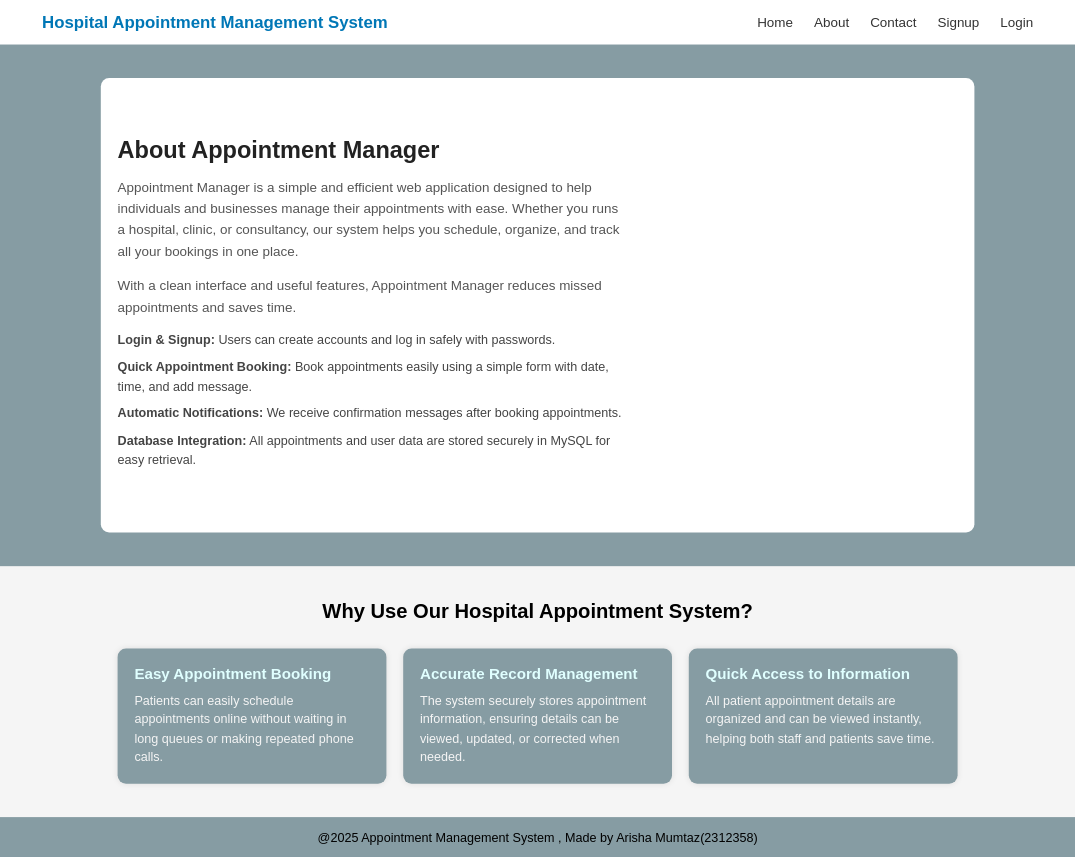
Repository: Arisha004/hospital-management-midterm-
Page: about.html
An editor plug-in stored every save of this project. The page is shown before and after the next save, followed by the edit.
The browser window is 1280 px wide. The pictures show the whole page, at 84% of full size.

Above is the page before, as saved 2025-11-02 21:05:32.

### about.html
<html>
<head>
    <title>Document</title>
    <link rel="stylesheet" href="style.css">
    <style>

.about-cards {
  text-align: center;
  padding: 40px 20px;
  background-color: #f5f5f5;
}

.about-cards h3 {
  font-size: 24px;
  margin-bottom: 30px;
  color: black;
}

.card-container {
  display: flex;
  flex-wrap: wrap;
  justify-content: center;
  gap: 20px;
}

.card {
  background-color: #869CA3;
  width: 280px;
  padding: 20px;
  border-radius: 10px;
  box-shadow: 0 0 8px rgba(0,0,0,0.1);
  text-align: left;
}


.card h4 {
  font-size: 18px;
  margin-bottom: 10px;
  color: lightcyan;
}

.card p {
  font-size: 15px;
  color: whitesmoke;
  line-height: 1.5;
}

      </style>
</head>
<body>
      <header class="navbar">
    <div class="logo">Hospital Appointment Management System</div>
    <nav>
      <ul>
        <li><a href="landingpage.html">Home</a></li>
        <li><a href="about.html">About</a></li>
        <li><a href="contact.html">Contact</a></li>
          <li><a href="signup.php">Signup</a></li>
        <li><a href="login.php">Login</a></li>
      </ul>
    </nav>
  </header>
<div class="container about-inner">

  <div class="about-content">
    <h2>About Appointment Manager</h2>
    <p>
      Appointment Manager is a simple and efficient web application designed to help individuals and businesses
      manage their appointments with ease. Whether you runs a hospital, clinic, or consultancy, our system
      helps you schedule, organize, and track all your bookings in one place.
    </p>
    <p>
      With a clean interface and useful features, Appointment Manager reduces missed appointments and saves time.
    </p>
    <ul class="features">
      <li><strong> Login & Signup:</strong> Users can create accounts and log in safely with  passwords.</li>
<li><strong>Quick Appointment Booking:</strong> Book appointments easily using a simple form with date, time, and add message.</li>
<li><strong>Automatic Notifications:</strong> We receive confirmation messages after booking appointments.</li>
<li><strong>Database Integration:</strong> All appointments and user data are stored securely in MySQL for easy retrieval.</li>

       </ul>
  </div>
  </div>

 <section class="about-cards">
  <h3>Why Use Our Hospital Appointment System?</h3>
  <div class="card-container">

    <div class="card">
      <h4>Easy Appointment Booking</h4>
      <p>Patients can easily schedule appointments online without waiting in long queues or making repeated phone calls.</p>
    </div>

    <div class="card">
      <h4>Accurate Record Management</h4>
      <p>The system securely stores appointment information, ensuring details can be viewed, updated, or corrected when needed.</p>
    </div>

    <div class="card">
      <h4>Quick Access to Information</h4>
      <p>All patient appointment details are organized and can be viewed instantly, helping both staff and patients save time.</p>
    </div>

  </div>
</section>



<footer>
    <p>  @2025 Appointment Management System , Made by Arisha Mumtaz(2312358)</p>
  </footer>
</body>
</html>

### style.css

* {
  margin: 0;
  padding: 0;
  font-family: 'Poppins', sans-serif;
}

body {
  background: #869CA3;
  color: #333;
}

.about {
  background-color: #f9f9f9;
  padding: 80px 0; /*80px top & bottom, 0 left & right */
}

.about-image img {

  width: 450px;
  border-radius: 10px;
}

.about-content {
  margin-top: 20px;
  width: 300px;
}

.about-content h2 {
  font-size: 28px;
  color: #1a73e8;
  margin-bottom: 15px;
}

.about-content p {
  font-size: 16px;
  color: #555;
  line-height: 1.6;
  margin-bottom: 20px;
}

.features {
  list-style: none;
  padding: 0;
  margin-bottom: 25px;
}

.features li {
  margin-bottom: 10px;
  color: #444;
  font-size: 15px;
  line-height: 1.5;
}



/* Contact Section */
.contact {
  background-color: #f5f9ff;
  padding: 80px 0;
}

.contact-inner {
  width: 600px;
  margin-left: 400PX;
  text-align: center;
}

.contact h2 {
  font-size: 28px;
  color: #1a73e8;
  margin-bottom: 10px;
}

.contact p {
  color: #555;
  margin-bottom: 30px;
  font-size: 15px;
  line-height: 1.6;
}

.contact-form {
  background-color: #fff;
  padding: 35px 40px;
  border-radius: 12px;
  text-align: left;
}

.form-group {
  margin-bottom: 18px;
}

label {
  font-weight: 500;
  margin-bottom: 6px;
  color: #333;
}

label span {
  color: red;
}

input, textarea {
  width: 100%;
  padding: 10px 12px;
  border: 1px solid #ccc;
  border-radius: 6px;
  font-size: 14px;
}



.contact-form .btn {
  display: inline-block;
  background-color: #869CA3;
  color: #fff;
  padding: 10px 22px;
  border: none;
  border-radius: 6px;
  cursor: pointer;
  font-weight: 500;

  margin-left: 130px;
   text-align: center;
}

.contact-form .btn:hover {
  background-color: #7498a3;
}


.navbar {
  display: flex;
  justify-content: space-between;
  align-items: center;
  padding: 15px 50px;
  background: #fff;

 }

.navbar .logo {
  font-weight: 700;
  font-size: 20px;
  color: #0077b6;
}

.navbar ul {
  display: flex;
  list-style: none;
}

.navbar ul li a {
  text-decoration: none;
  color: #333;
  margin-left: 25px;
}

.navbar ul li a:hover {
  color: #0077b6;
}

/* Split Landing Section */
.landing {
  display: flex; /*makes .landing a flex container.*/
  height: 600px;
}


  button{

  display: inline-block;
  background-color: #869CA3;
  color: #fff;
  padding: 10px 22px;
  border: none;
  border-radius: 6px;
  cursor: pointer;
  font-weight: 500;

   text-align: center;
}

button:hover {
  background-color: #7498a3;
}
.landing .left {
  flex: 1;
  width: 50%;
  padding: 0 70px; /*adds 70px space on left and right (inner spacing).*/
  background: #fefefe;
}


.landing .left h1 {
  margin-top: 200px;
  font-size: 30px;
  color: #023e8a;
  margin-bottom: 20px;
}

.landing .left p {
  font-size: 20px;
  color: #555;
  margin-bottom: 30px;
  line-height: 1.6;
}

.btn {
  background: #869CA3;
  color: #fff;
  padding: 12px 25px;
  border-radius: 30px;
  text-decoration: none;
  font-weight: 300;
  width: 300px;
}

.btn:hover {
  background: #7498a3;
}

.landing .right {
  width:700px;
  background:url(images/pic1.png);
  background-repeat: no-repeat;
  background-size: cover;
}





.form1-container {
  width: 520px;
  margin: 80px auto;
  background: white;
  padding: 20px;
  border-radius: 8px;
}

.form1-container h2 {
  text-align: center;
  color: #333;
}

.form1-container label {
  display: block;
  margin-top: 10px;
  color: #555;
}

.form1-container input {
  width: 100%;
  padding: 8px;
  margin-top: 5px;
  border: 1px solid #ccc;
  border-radius: 4px;
}

.form1-container button {
  width: 100%;
  margin-top: 15px;
  padding: 10px;
  background: #869CA3;
  border: none;
  color: white;
  border-radius: 4px;
  cursor: pointer;
}

.form1-container button:hover {
  background: #7498a3;
}

.form1-container p {
  text-align: center;
  margin-top: 10px;
}

.success {
  text-align: center;
  background: #d4edda;
  color: #155724;
  padding: 8px;
  border-radius: 5px;
  margin: 10px auto;
  width: 320px;
}

.error {
  text-align: center;
  background: #f8d7da;
  color: #721c24;
  padding: 8px;
  border-radius: 5px;
  margin: 10px auto;
  width: 320px;
}

footer {
  text-align: center;
  padding: 15px;
 background-color:#869CA3;
  color: black;
  font-size: 15px;

}

.container.about-inner {
  padding: 50px 20px;
  background-color: #fff;
  margin: 40px auto;
  width: 1000px;
  border-radius: 10px;

}


.about-content {
  width: 600px;
}

.about-content h2 {
  font-size: 28px;
  margin-bottom: 15px;
  color: #222;
}

.about-content p {
  font-size: 16px;
  line-height: 1.6;
  margin-bottom: 15px;
}

After the next save:
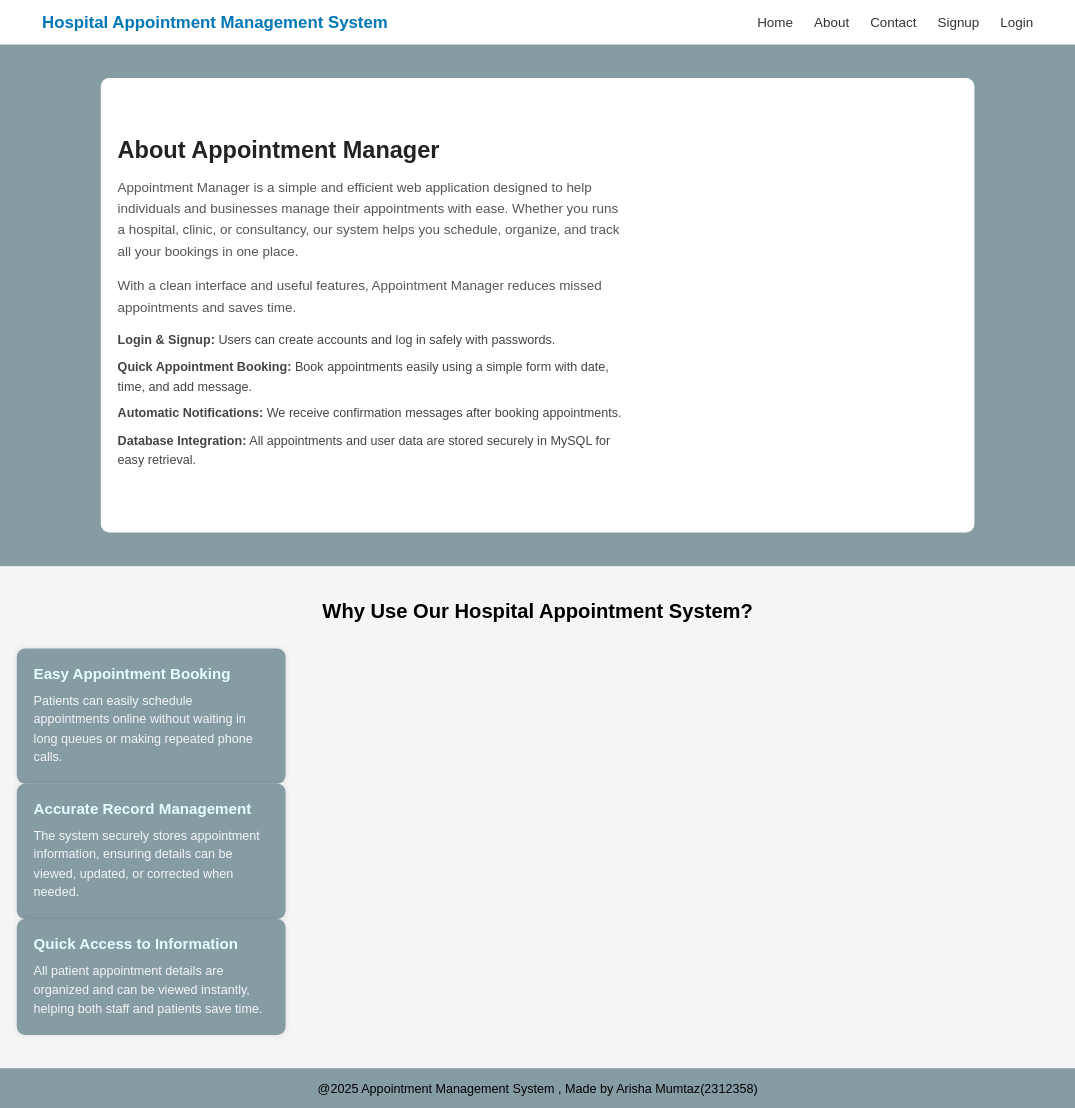
Saved 26 s later.
--- a/about.html
+++ b/about.html
@@ -14,13 +14,6 @@
   font-size: 24px;
   margin-bottom: 30px;
   color: black;
-}
-
-.card-container {
-  display: flex;
-  flex-wrap: wrap;
-  justify-content: center;
-  gap: 20px;
 }
 
 .card {

After the save that followed:
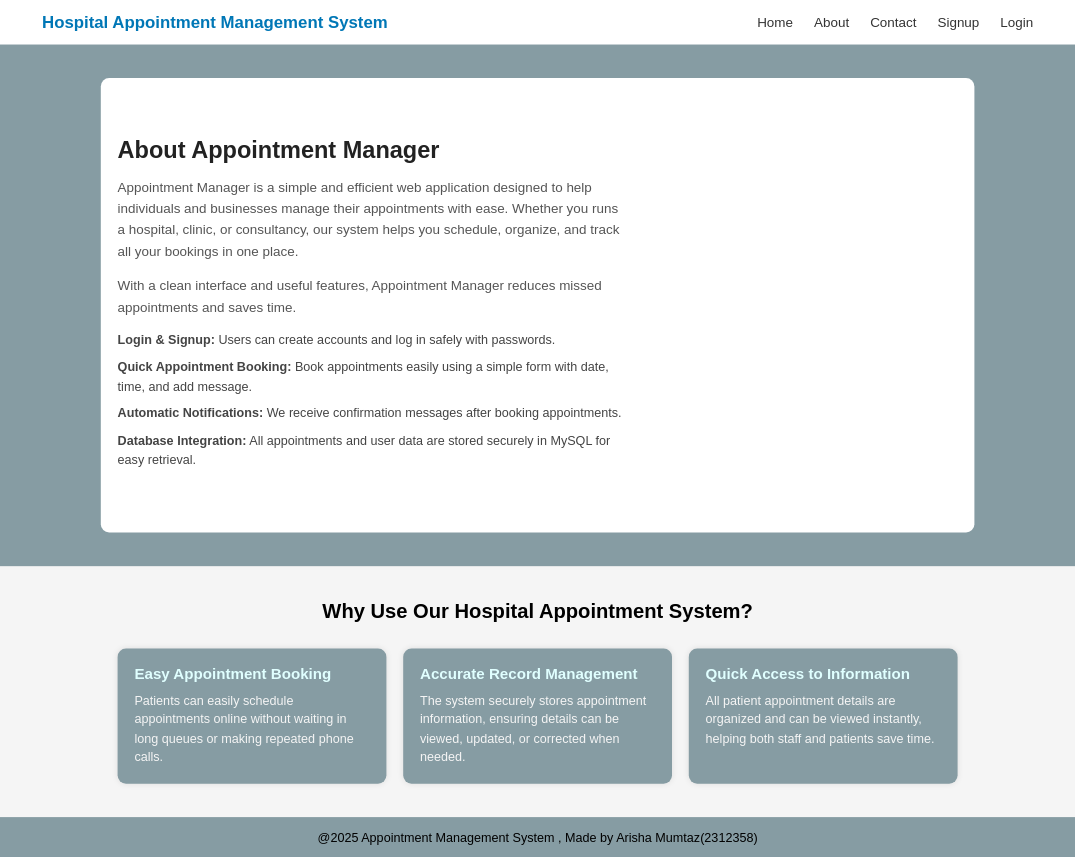
Saved 5 s later.
--- a/about.html
+++ b/about.html
@@ -14,6 +14,13 @@
   font-size: 24px;
   margin-bottom: 30px;
   color: black;
+}
+
+.card-container {
+  display: flex;
+  flex-wrap: wrap;
+  justify-content: center;
+  gap: 20px;
 }
 
 .card {
